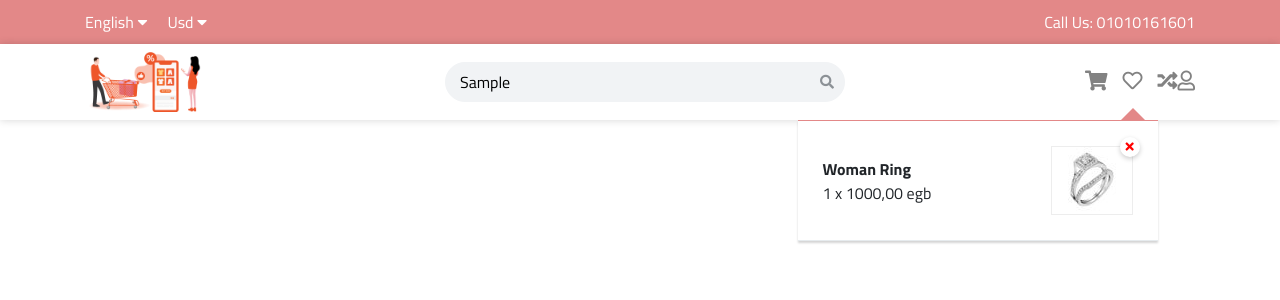
Repository: amrh20/ecommerce-temp
Page: src/index.html
These files come from the project's save history. The page is drawn as it stood at one moment and after the next save; the edit follows.
The browser window is 1280 px wide. The pictures show the whole page.
Empty fields were first filled with sample values (such as "Sample", 5 or name@example.com).
After loading, the first visible `div.wishlist-view` was clicked once.
The style sheet was rebuilt from its Sass, Less or Tailwind sources for each picture, by a compiler version that may differ from the author's.

Above is the page before, as saved 2020-01-19 11:52:35.

After the next save:
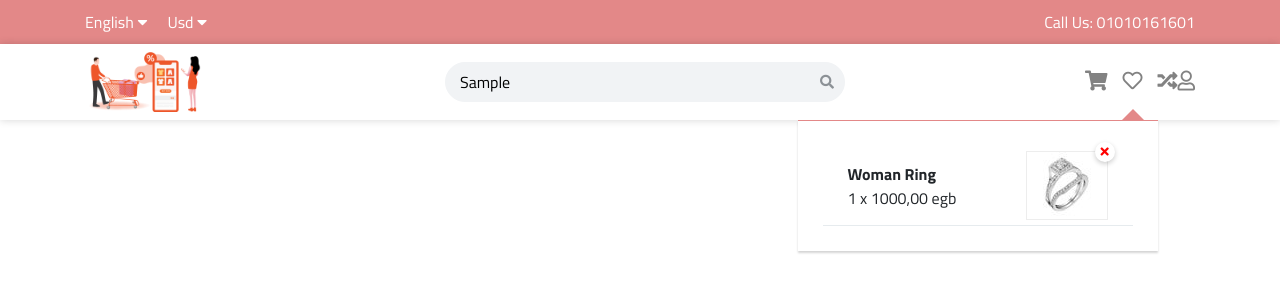
Saved 3 min 40 s later.
--- a/src/styles/header.scss
+++ b/src/styles/header.scss
@@ -166,10 +166,12 @@
         .wishlist-view {
           margin-right: 15px;
           position: relative;
+          .wishlist-view_content {
+          padding: 25px;
+          border-top: 1px solid $main-color;
+          }
           .wishlist-view_row {
-            border-top: 1px solid #e38888;
             justify-content: space-between;
-            padding: 25px;
             border-bottom: 1px solid #e6ebee;
             .product_name {
               font-weight: 800;
